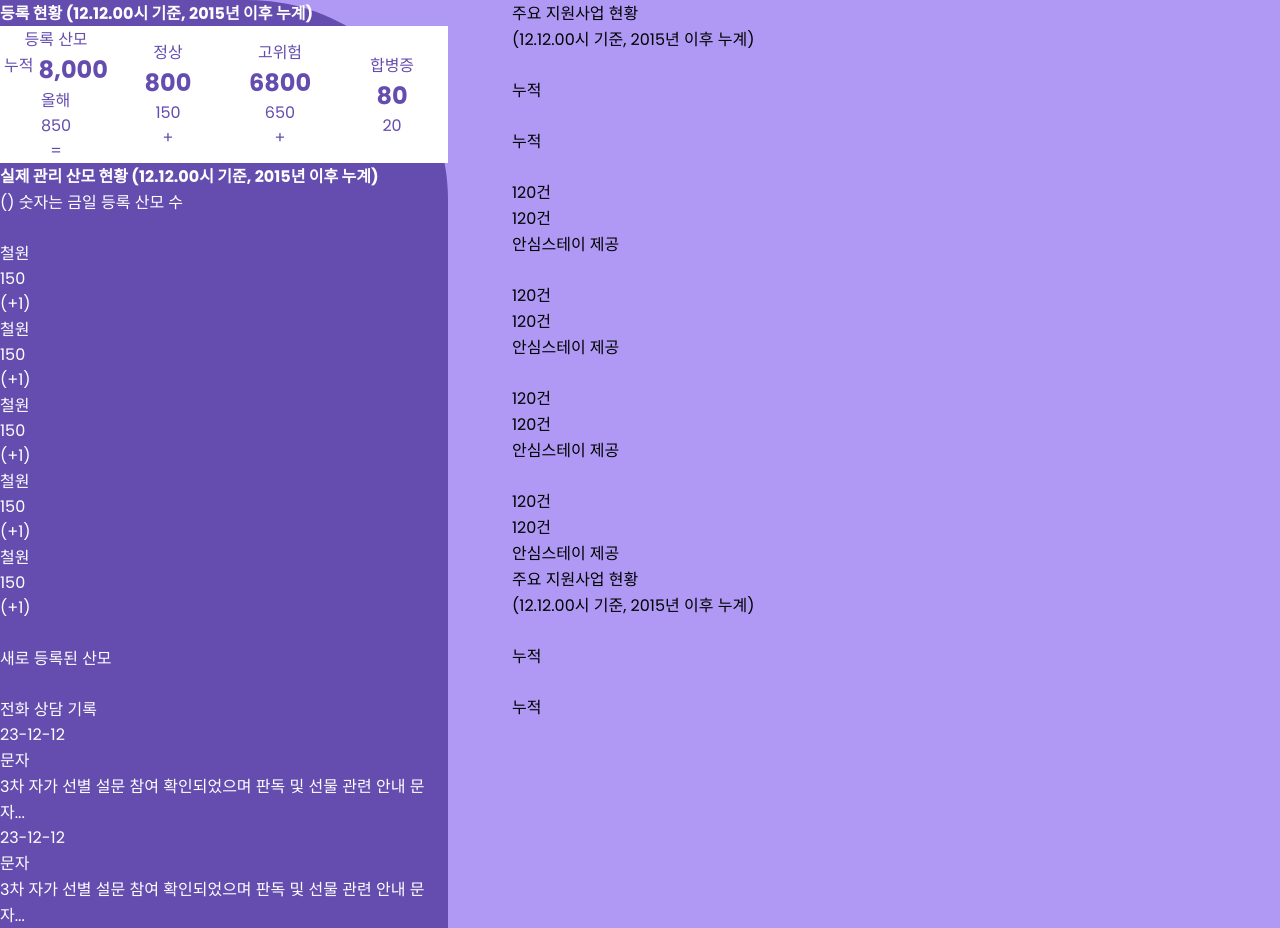
Repository: giapchicuong/Perganancy_Web
Page: index.html
These files come from the project's save history. The page is drawn as it stood at one moment and after the next save; the edit follows.
The browser window is 1280 px wide. The pictures show the whole page.

Above is the page before, as saved 2024-03-06 12:55:26.

### index.html
<!DOCTYPE html>
<html lang="en">

<head>
    <meta charset="UTF-8">
    <meta name="viewport" content="width=device-width, initial-scale=1.0">
    <title>Perganancy Web</title>
    <link rel="stylesheet" href="./assets/base.css">
    <link rel="stylesheet" href="./assets/style.css">
</head>

<body>
    <!-- .block -->
    <!-- .block__element -->
    <!-- .block__element--modifier -->
    <!-- card
    card__image
    card__description
    card__button--submit
    card__button--cancel -->
    <div class="app">
        <div class="main">
            <section class="advertising">
                <div class="advertising-left">
                    <div class="advertising-left__title">등록 현황 (12.12.00시 기준, 2015년 이후 누계)</div>
                    <div class="advertising-left__item-list">
                        <div class="advertising-left__item">
                            <div class="advertising-left__item--white">
                                <div class="advertising-left__item-title">등록 산모</div>
                                <div class="advertising-left__item-desc">
                                    <div class="advertising-left__item-desc-text">누적</div>
                                    <div class="advertising-left__item-desc-number">8,000</div>
                                </div>
                            </div>
                            <div class="advertising-left__item-bottom">
                                <div class="advertising-left__item-bottom-text">올해</div>
                                <div class="advertising-left__item-bottom-number">850</div>
                            </div>
                            <div class="calculation">=</div>
                        </div>
                        <div class="advertising-left__item">
                            <div class="advertising-left__item-title">정상</div>
                            <div class="advertising-left__item-desc">
                                <div class="advertising-left__item-desc-number">800</div>
                            </div>
                            <div class="advertising-left__item-bottom">
                                <div class="advertising-left__item-bottom-number">150</div>
                            </div>
                            <div class="calculation">+</div>
                        </div>
                        <div class="advertising-left__item">
                            <div class="advertising-left__item-title">고위험</div>
                            <div class="advertising-left__item-desc">
                                <div class="advertising-left__item-desc-number">6800</div>
                            </div>
                            <div class="advertising-left__item-bottom">
                                <div class="advertising-left__item-bottom-number">650</div>
                            </div>
                            <div class="calculation">+</div>
                        </div>
                        <div class="advertising-left__item">
                            <div class="advertising-left__item-title">합병증</div>
                            <div class="advertising-left__item-desc">
                                <div class="advertising-left__item-desc-number">80</div>
                            </div>
                            <div class="advertising-left__item-bottom">
                                <div class="advertising-left__item-bottom-number">20</div>
                            </div>
                        </div>
                    </div>
                    <div class="advertising-left__title">실제 관리 산모 현황 (12.12.00시 기준, 2015년 이후 누계)</div>
                    <div class="advertising-left__desc">() 숫자는 금일 등록 산모 수</div>
                    <div class="advertising-left__map">
                        <img src="" alt="" class="advertising-left__map-image">
                        <div class="advertising-left__map-item-list-top">
                            <div class="advertising-left__map-item">
                                <div class="advertising-left__map-item-title">철원</div>
                                <div class="advertising-left__map-item-number">150</div>
                                <div class="advertising-left__map-item-desc">(+1)</div>
                            </div>
                            <div class="advertising-left__map-item">
                                <div class="advertising-left__map-item-title">철원</div>
                                <div class="advertising-left__map-item-number">150</div>
                                <div class="advertising-left__map-item-desc">(+1)</div>
                            </div>
                        </div>
                        <div class="advertising-left__map-item-list-center">
                            <div class="advertising-left__map-item">
                                <div class="advertising-left__map-item-title">철원</div>
                                <div class="advertising-left__map-item-number">150</div>
                                <div class="advertising-left__map-item-desc">(+1)</div>
                            </div>
                            <div class="advertising-left__map-item">
                                <div class="advertising-left__map-item-title">철원</div>
                                <div class="advertising-left__map-item-number">150</div>
                                <div class="advertising-left__map-item-desc">(+1)</div>
                            </div>
                        </div>
                        <div class="advertising-left__map-item-list-botom">
                            <div class="advertising-left__map-item">
                                <div class="advertising-left__map-item-title">철원</div>
                                <div class="advertising-left__map-item-number">150</div>
                                <div class="advertising-left__map-item-desc">(+1)</div>
                            </div>
                        </div>
                    </div>
                    <div class="advertising-left__box">
                        <div class="advertising-left__box-title">
                            <img src="" alt="" class="advertising-left__box-title-icon">
                            <div class="advertising-left__box-title-text">새로 등록된 산모</div>
                        </div>
                        <div class="advertising-left__box-message-list">
                            <div class="advertising-left__box-message-item">
                                <div class="advertising-left__box-message-item-date"></div>
                                <div class="advertising-left__box-message-item-text"></div>
                            </div>
                        </div>
                    </div>
                    <div class="advertising-left__box">
                        <div class="advertising-left__box-title">
                            <img src="" alt="" class="advertising-left__box-title-icon">
                            <div class="advertising-left__box-title-text">전화 상담 기록</div>
                        </div>
                        <div class="advertising-left__box-message-list">
                            <div class="advertising-left__box-message-item">
                                <div class="advertising-left__box-message-item-date">23-12-12</div>
                                <div class="advertising-left__box-message-item-name">문자</div>
                                <div class="advertising-left__box-message-item-text">3차 자가 선별 설문 참여 확인되었으며 판독 및 선물 관련 안내
                                    문자...</div>
                            </div>
                            <div class="advertising-left__box-message-item">
                                <div class="advertising-left__box-message-item-date">23-12-12</div>
                                <div class="advertising-left__box-message-item-name">문자</div>
                                <div class="advertising-left__box-message-item-text">3차 자가 선별 설문 참여 확인되었으며 판독 및 선물 관련 안내
                                    문자...</div>
                            </div>
                        </div>
                    </div>
                </div>
                <div class="advertising-right">
                    <div class="advertising-right-item">
                        <div class="advertising-right-item-top">
                            <div class="advertising-right-item-top-left">
                                <div class="advertising-right-item-top__title">주요 지원사업 현황</div>
                                <div class="advertising-right-item-top__desc">(12.12.00시 기준, 2015년 이후 누계)</div>
                            </div>
                            <div class="advertising-right-item-top-right">
                                <div class="advertising-right-item-top-item">
                                    <img src="" alt="" class="advertising-right-item-top-item__icon">
                                    <div class="advertising-right-item-top-item__text">누적</div>
                                </div>
                                <div class="advertising-right-item-top-item">
                                    <img src="" alt="" class="advertising-right-item-top-item__icon">
                                    <div class="advertising-right-item-top-item__text">누적</div>
                                </div>
                            </div>
                        </div>
                        <div class="advertising-right-item-card-list">
                            <div class="advertising-right-item-card">
                                <div class="advertising-right-item-card-provide">
                                    <img src="" alt="" class="advertising-right-item-card__image">
                                    <div class="advertising-right-item-card__image-number">
                                        <div class="advertising-right-item-card__image-number-large">120건</div>
                                        <div class="advertising-right-item-card__image-number-small">120건</div>
                                    </div>
                                </div>
                                <div class="advertising-right-item-card-content">안심스테이 제공</div>
                            </div>
                            <div class="advertising-right-item-card">
                                <div class="advertising-right-item-card-provide">
                                    <img src="" alt="" class="advertising-right-item-card__image">
                                    <div class="advertising-right-item-card__image-number">
                                        <div class="advertising-right-item-card__image-number-large">120건</div>
                                        <div class="advertising-right-item-card__image-number-small">120건</div>
                                    </div>
                                </div>
                                <div class="advertising-right-item-card-content">안심스테이 제공</div>
                            </div>
                            <div class="advertising-right-item-card">
                                <div class="advertising-right-item-card-provide">
                                    <img src="" alt="" class="advertising-right-item-card__image">
                                    <div class="advertising-right-item-card__image-number">
                                        <div class="advertising-right-item-card__image-number-large">120건</div>
                                        <div class="advertising-right-item-card__image-number-small">120건</div>
                                    </div>
                                </div>
                                <div class="advertising-right-item-card-content">안심스테이 제공</div>
                            </div>
                            <div class="advertising-right-item-card">
                                <div class="advertising-right-item-card-provide">
                                    <img src="" alt="" class="advertising-right-item-card__image">
                                    <div class="advertising-right-item-card__image-number">
                                        <div class="advertising-right-item-card__image-number-large">120건</div>
                                        <div class="advertising-right-item-card__image-number-small">120건</div>
                                    </div>
                                </div>
                                <div class="advertising-right-item-card-content">안심스테이 제공</div>
                            </div>
                        </div>
                    </div>
                    <div class="advertising-right-item">
                        <div class="advertising-right-item-top">
                            <div class="advertising-right-item-top-left">
                                <div class="advertising-right-item-top__title">주요 지원사업 현황</div>
                                <div class="advertising-right-item-top__desc">(12.12.00시 기준, 2015년 이후 누계)</div>
                            </div>
                            <div class="advertising-right-item-top-right">
                                <div class="advertising-right-item-top-item">
                                    <img src="" alt="" class="advertising-right-item-top-item__icon">
                                    <div class="advertising-right-item-top-item__text">누적</div>
                                </div>
                                <div class="advertising-right-item-top-item">
                                    <img src="" alt="" class="advertising-right-item-top-item__icon">
                                    <div class="advertising-right-item-top-item__text">누적</div>
                                </div>
                            </div>
                        </div>
                        <div class="advertising-right-item__btn-list">
                            <div class="advertising-right-item__btn-item">
                                <div class="advertising-right-item__btn">
                                    <img src="" alt="" class="advertising-right-item__btn-icon" />
                                    <div class="advertising-right-item__btn-text"></div>
                                    <div class="advertising-right-item__btn-notification"></div>
                                </div>
                                <div class="advertising-right-item__btn-content"></div>
                            </div>
                            <div class="advertising-right-item__btn-item">
                                <div class="advertising-right-item__btn">
                                    <img src="" alt="" class="advertising-right-item__btn-icon" />
                                    <div class="advertising-right-item__btn-text"></div>
                                    <div class="advertising-right-item__btn-notification"></div>
                                </div>
                                <div class="advertising-right-item__btn-content"></div>
                            </div>
                            <div class="advertising-right-item__btn-item">
                                <div class="advertising-right-item__btn">
                                    <img src="" alt="" class="advertising-right-item__btn-icon" />
                                    <div class="advertising-right-item__btn-text"></div>
                                    <div class="advertising-right-item__btn-notification"></div>
                                </div>
                                <div class="advertising-right-item__btn-content"></div>
                            </div>
                            <div class="advertising-right-item__btn-item">
                                <div class="advertising-right-item__btn">
                                    <img src="" alt="" class="advertising-right-item__btn-icon" />
                                    <div class="advertising-right-item__btn-text"></div>
                                    <div class="advertising-right-item__btn-notification"></div>
                                </div>
                                <div class="advertising-right-item__btn-content"></div>
                            </div>
                        </div>
                    </div>
                    <div class="advertising-right-item">
                        <div class="advertising-right-item-left">
                            <div class="advertising-right-item-left-text">
                                <div class="advertising-right-item-left__title"></div>
                                <div class="advertising-right-item-desc"></div>
                            </div>
                            <div class="advertising-right-item-number"></div>
                        </div>
                        <div class="advertising-right-item-right">

                        </div>
                    </div>
                    <div class="advertising-right-item">
                        <div class="advertising-right-item-message-list">
                            <div class="advertising-right-item-message-item">
                                <div class="advertising-right-item-message-text">
                                    <div class="advertising-right-item-message__title"></div>
                                    <div class="advertising-right-item-message__desc"></div>
                                </div>
                                <div class="advertising-right-item-message-number">
                                    <div class="advertising-right-item-message-number-icon"></div>
                                    <div class="advertising-right-item-message-number-text"></div>
                                    <div class="advertising-right-item-message-number-case"></div>
                                </div>
                            </div>
                            <div class="advertising-right-item-message-item">
                                <div class="advertising-right-item-message-text">
                                    <div class="advertising-right-item-message__title"></div>
                                    <div class="advertising-right-item-message__desc"></div>
                                </div>
                                <div class="advertising-right-item-message-number">
                                    <div class="advertising-right-item-message-number-icon"></div>
                                    <div class="advertising-right-item-message-number-text"></div>
                                    <div class="advertising-right-item-message-number-case"></div>
                                </div>
                            </div>
                        </div>
                    </div>
                </div>
            </section>
        </div>
    </div>
</body>

</html>

### assets/base.css
@import url('https://fonts.googleapis.com/css2?family=Poppins:ital,wght@0,100;0,200;0,300;0,400;0,500;0,600;0,700;0,800;0,900;1,100;1,200; 1.300;1.400;1.500;1.600;1.700;1.800;1.900&display=swap');

* {
    margin: 0;
    padding: 0;
    box-sizing: border-box;
    font-family: 'Poppins' , sans-serif;
    background-repeat: no-repeat;
    background-position: 40% ;
}
html, body {
    width: 100%;
    height: 100%;
    background-attachment: fixed;
    /* background-size: cover; */
}
:root {
    --primary: #644DAF;
    --secondary: #AF99F4;
    --purple: #E7E3FF;
    --lightPurple: #E6E6FA;
    --pink: #EF9C98;
    --white: #FFFFFF;
    --gray: #D8D8D8;
    --gray2: #EBEBEB;
    --gray3: #F4F4F4;
}

### assets/style.css
.advertising {
    display: flex;
    gap: 0% 5%;

}
.main {
    background-color: var(--secondary);
    height: 100%;
    background-size: cover;
}
.advertising-left {
    width: 35%;
    background-color: var(--primary);
    border-top-right-radius: 200px 200px;
    color: var(--white);
}
.advertising-left__title{
    font-weight: bold;

}
.advertising-left__item-list{
    display: flex;
}
.advertising-left__item{
    display: flex;
    flex-direction: column;
    justify-content: center;
    align-items: center;
    width: 50%;
    background-color: var(--white);
    color: var(--primary)
}
.advertising-left__item--white{
    display: flex;
    flex-direction: column;
    justify-content: center;
    align-items: center;
}
.advertising-left__item{

}
.advertising-left__item-title{

}
.advertising-left__item-desc{
    display: flex;
    gap: 5px;
}
.advertising-left__item-desc-text{

}
.advertising-left__item-desc-number{
    font-size: 24px;
    font-weight: bold;
}

After the next save:
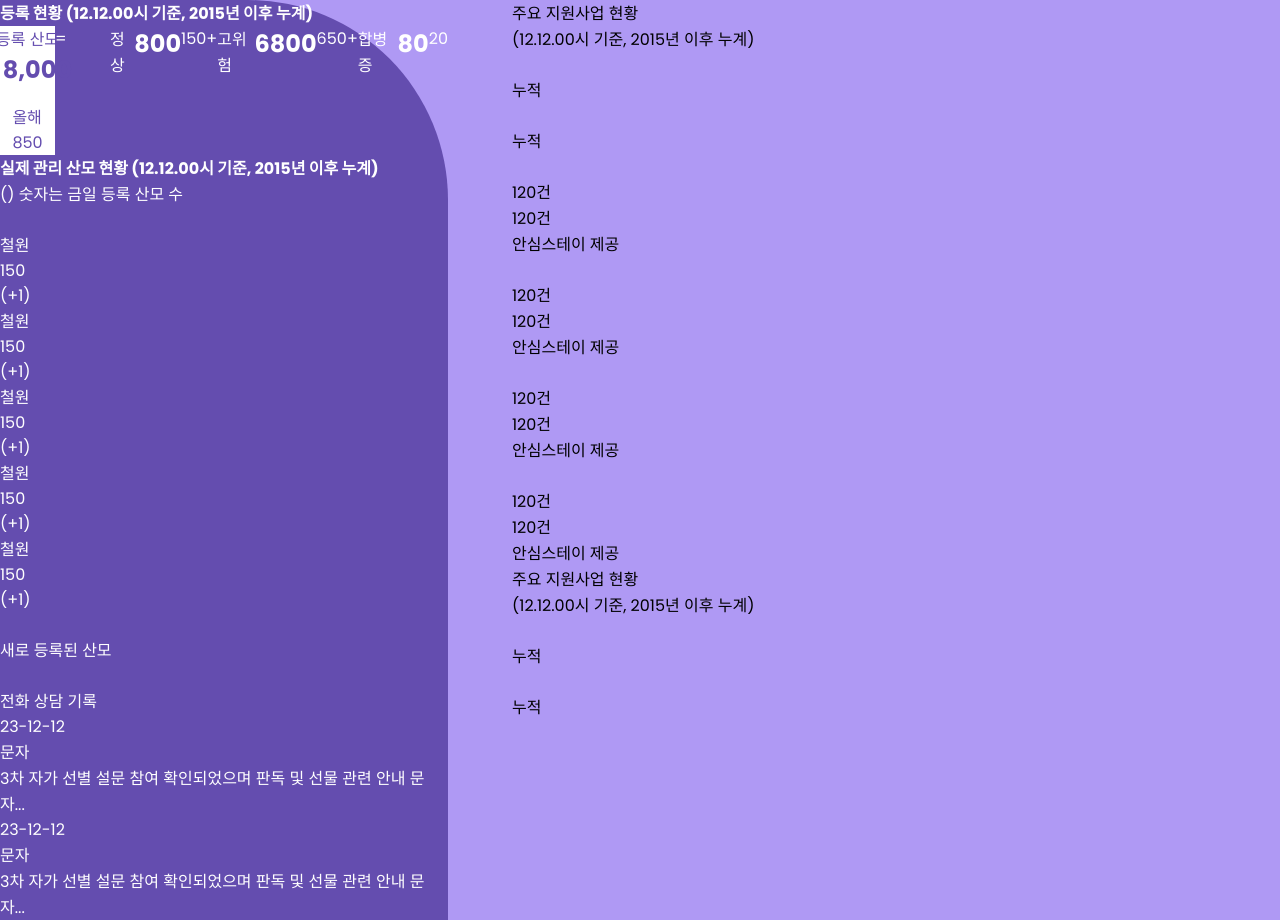
Saved 2 min 13 s later.
--- a/index.html
+++ b/index.html
@@ -25,16 +25,18 @@
                     <div class="advertising-left__title">등록 현황 (12.12.00시 기준, 2015년 이후 누계)</div>
                     <div class="advertising-left__item-list">
                         <div class="advertising-left__item">
-                            <div class="advertising-left__item--white">
-                                <div class="advertising-left__item-title">등록 산모</div>
-                                <div class="advertising-left__item-desc">
-                                    <div class="advertising-left__item-desc-text">누적</div>
-                                    <div class="advertising-left__item-desc-number">8,000</div>
-                                </div>
-                            </div>
-                            <div class="advertising-left__item-bottom">
-                                <div class="advertising-left__item-bottom-text">올해</div>
-                                <div class="advertising-left__item-bottom-number">850</div>
+                            <div class="advertising-left__item--add">
+                                <div class="advertising-left__item--white">
+                                    <div class="advertising-left__item-title">등록 산모</div>
+                                    <div class="advertising-left__item-desc">
+                                        <div class="advertising-left__item-desc-text">누적</div>
+                                        <div class="advertising-left__item-desc-number">8,000</div>
+                                    </div>
+                                </div>
+                                <div class="advertising-left__item-bottom">
+                                    <div class="advertising-left__item-bottom-text">올해</div>
+                                    <div class="advertising-left__item-bottom-number">850</div>
+                                </div>
                             </div>
                             <div class="calculation">=</div>
                         </div>
--- a/assets/style.css
+++ b/assets/style.css
@@ -22,6 +22,9 @@
     display: flex;
 }
 .advertising-left__item{
+    display: flex;
+}
+.advertising-left__item--add{
     display: flex;
     flex-direction: column;
     justify-content: center;
